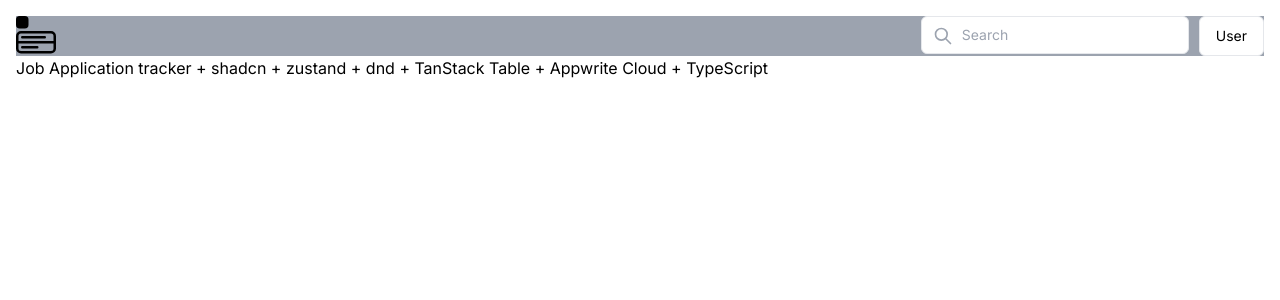
Repository: Vasil1001/job-applications-tracker-nextjs
Page: /
An editor plug-in stored every save of this project. The page is shown before and after the next save, followed by the edit.
The browser window is 1280 px wide. The pictures show the whole page.
The project was rebuilt for these pictures with package versions that can differ from the ones it lists, and the page was loaded fresh each time. The framework's server and built-in components were replaced by stand-ins that run in the browser. Also part of the build but not shown: next.config.js.

Above is the page before, as saved 2023-06-24 15:52:27.

### app/layout.tsx
import "./globals.css";
import { Inter } from "next/font/google";

const inter = Inter({ subsets: ["latin"] });

export const metadata = {
  title: "Job Tracker",
  description: "Generated by create next app",
};

export default function RootLayout({
  children,
}: {
  children: React.ReactNode;
}) {
  return (
    <html lang="en">
      <body suppressHydrationWarning={true} className={inter.className}>{children}</body>
    </html>
  );
}

### app/page.tsx
import Header from "@/components/Header";
import Image from "next/image";

export default function Home() {
  return (
    <main className="flex min-h-screen min-w-screen flex-col justify-between p-4">
      {/* Header Component */}
      <Header />

      {/* Board dnd Component */}

    </main>
  );
}

### components/Header.tsx
import { Search } from "lucide-react";
import React from "react";
import SearchBar from "./navbar/SearchBar";
import { BsFillMenuAppFill, BsAppIndicator, BsMenuApp} from "react-icons/bs";
import { IoIosApps } from "react-icons/io";
import { HiOutlineQueueList }from "react-icons/hi2";
import {RiSendPlaneLine} from "react-icons/ri";
import { BiNotepad } from "react-icons/bi";
export default function Header() {
  return (
    <div>
      <div className="flex justify-between bg-gray-400">
        <div className="flex">
            <BsFillMenuAppFill size={40} /> </div>
        <div className="flex gap-2.5">
          <SearchBar />
          <button className="py-2 px-4 text-black border focus-visible:outline-none focus-visible:ring-1 focus:ring-gray-400 bg-white border-gray-200 sm:text-sm rounded-md hover:border-gray-300 ">
            User
          </button>
        </div>
      </div>

      <h1>
        Job Application tracker + shadcn + zustand + dnd + TanStack Table +
        Appwrite Cloud + TypeScript
      </h1>
    </div>
  );
}

### components/navbar/SearchBar.tsx
import React from "react";

export default function SearchBar() {
  return (
    <div className="relative">
      <span className="absolute inset-y-0 left-0 flex items-center pl-3">
        <svg className="w-5 h-5 text-gray-400" viewBox="0 0 24 24" fill="none">
          <path
            d="M21 21L15 15M17 10C17 13.866 13.866 17 10 17C6.13401 17 3 13.866 3 10C3 6.13401 6.13401 3 10 3C13.866 3 17 6.13401 17 10Z"
            stroke="currentColor"
            strokeWidth="2"
            strokeLinecap="round"
            strokeLinejoin="round"
          ></path>
        </svg>
      </span>

      <input
        type="text"
        className="w-full py-2 pl-10 pr-4 border focus-visible:outline-none focus-visible:ring-1 focus:ring-gray-400 text-black bg-white border-gray-200 sm:text-sm rounded-md hover:border-gray-300 placeholder:text-gray-400 focus:placeholder:text-gray-500"
        placeholder="Search"
      />
    </div>
  );
}

Loaded but not shown: app/globals.css (common file); tailwind.config.js (common file)

After the next save:
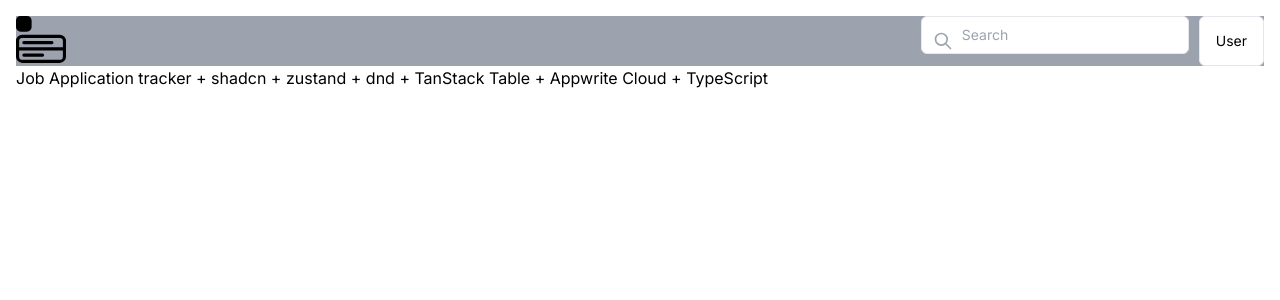
Saved 5 s later.
--- a/components/Header.tsx
+++ b/components/Header.tsx
@@ -11,7 +11,7 @@ export default function Header() {
     <div>
       <div className="flex justify-between bg-gray-400">
         <div className="flex">
-            <BsFillMenuAppFill size={40} /> </div>
+            <BsFillMenuAppFill size={50} /> </div>
         <div className="flex gap-2.5">
           <SearchBar />
           <button className="py-2 px-4 text-black border focus-visible:outline-none focus-visible:ring-1 focus:ring-gray-400 bg-white border-gray-200 sm:text-sm rounded-md hover:border-gray-300 ">
